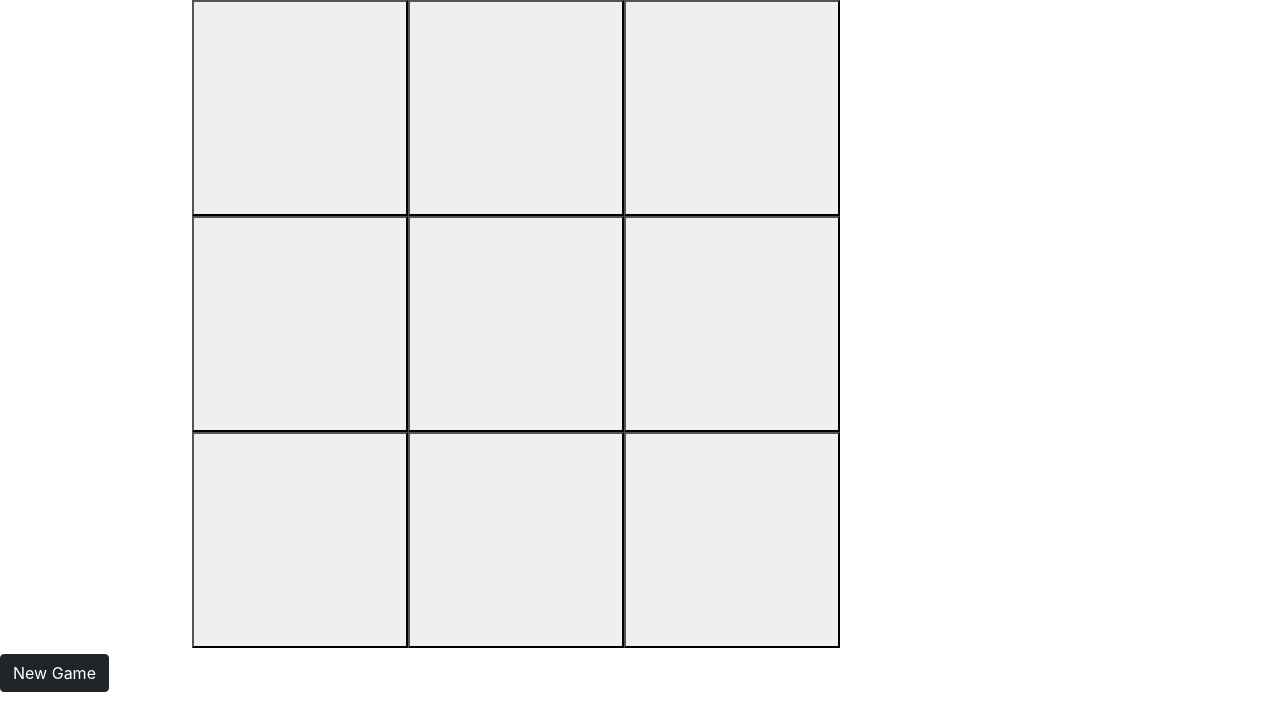
Repository: napan24/tic-tac-toe
Page: /
These files come from the project's save history. The page is drawn as it stood at one moment and after the next save; the edit follows.
The browser window is 1280 px wide. The pictures show the whole page.
The project was rebuilt for these pictures with package versions that can differ from the ones it lists, and the page was loaded fresh each time. Also part of the build but not shown: src/App.css.

Above is the page before, as saved 2022-06-15 03:44:42.

### public/index.html
<!DOCTYPE html>
<html lang="en">
  <head>
    <meta charset="utf-8" />
    <link rel="icon" href="%PUBLIC_URL%/favicon.ico" />
    <meta name="viewport" content="width=device-width, initial-scale=1" />
    <meta name="theme-color" content="#000000" />
    <meta
      name="description"
      content="Web site created using create-react-app"
    />
    <link rel="apple-touch-icon" href="%PUBLIC_URL%/logo192.png" />
    <!--
      manifest.json provides metadata used when your web app is installed on a
      user's mobile device or desktop. See https://developers.google.com/web/fundamentals/web-app-manifest/
    -->
    <link rel="manifest" href="%PUBLIC_URL%/manifest.json" />
    <!--
      Notice the use of %PUBLIC_URL% in the tags above.
      It will be replaced with the URL of the `public` folder during the build.
      Only files inside the `public` folder can be referenced from the HTML.

      Unlike "/favicon.ico" or "favicon.ico", "%PUBLIC_URL%/favicon.ico" will
      work correctly both with client-side routing and a non-root public URL.
      Learn how to configure a non-root public URL by running `npm run build`.
    -->
    <link href="https://cdn.jsdelivr.net/npm/bootstrap@5.1.3/dist/css/bootstrap.min.css" rel="stylesheet" integrity="sha384-1BmE4kWBq78iYhFldvKuhfTAU6auU8tT94WrHftjDbrCEXSU1oBoqyl2QvZ6jIW3" crossorigin="anonymous">
    <script src="https://cdn.jsdelivr.net/npm/bootstrap@5.1.3/dist/js/bootstrap.bundle.min.js" integrity="sha384-ka7Sk0Gln4gmtz2MlQnikT1wXgYsOg+OMhuP+IlRH9sENBO0LRn5q+8nbTov4+1p" crossorigin="anonymous"></script>
    <title>React App</title>
  </head>
  <body>
    <noscript>You need to enable JavaScript to run this app.</noscript>
    <div id="root"></div>
    <!--
      This HTML file is a template.
      If you open it directly in the browser, you will see an empty page.

      You can add webfonts, meta tags, or analytics to this file.
      The build step will place the bundled scripts into the <body> tag.

      To begin the development, run `npm start` or `yarn start`.
      To create a production bundle, use `npm run build` or `yarn build`.
    -->
  </body>
</html>

### src/App.js
import {useEffect} from 'react';
import logo from './logo.svg';
import './App.css';
import { FontAwesomeIcon } from '@fortawesome/react-fontawesome';
import { faXmark } from '@fortawesome/free-solid-svg-icons';
import { faCircle } from '@fortawesome/free-regular-svg-icons';
import './tik.css';
import { useState } from 'react';
import cross from './cross.jpeg';
import circle from './circle.png';
/* <FontAwesomeIcon icon={faXmark} size="5x" /> */
/* <FontAwesomeIcon icon={faCircle} size="5x"/> */

// const cl=event.currentTarget.id;
// const el = document.getElementById(cl);
// el.append(a);
function App() {
  const [board,setBoard]=useState([[" "," "," "],[" "," "," "],[" "," "," "]]);
  const [curr,setCurr]=useState(false);
  const [row,setRow]=useState(0);
  const [col,setCol]=useState(0);
  const [win,setWin]=useState(false);
  const [winner,setWinner]=useState("");
  function update(r,c){
    setBoard((prevstate)=>{
      let newBoard=[...prevstate];
      newBoard[r][c]=curr?"/":"+";
      return newBoard;
    });
    setRow(r);
    setCol(c);
  }
  useEffect(() => {
    func();
  }, [row,col]);
  useEffect(() => {
    if(win==true){
      document.getElementById("win").style.display="inline";
    }
  }, [win]);

  function func(){
    if(board[row][col]===" "){
      return;
    }
    let count=0;
    let i=row;
    while(i<3){
      if(board[i][col]==board[row][col]){
        count++;
      }
      i++;
    }
    if(count==3){
      setWinner(board[row][col]);
      setWin(true);
      return;
    }
    count--;
    i=row;
    while(i>=0){
      if(board[i][col]==board[row][col]){
        count++;
      }
      i--;
    }
    if(count==3){
      setWinner(board[row][col]);
      setWin(true);
      return;
    }
    let j=col;
    count=0;
    while(j<3){
      if(board[row][j]==board[row][col]){
        count++;
      }
      j++;
    }
    if(count==3){
      setWinner(board[row][col]);
      setWin(true);
      return;
    }
    count--;
    j=col;
    while(j>=0){
      if(board[row][j]==board[row][col]){
        count++;
      }
      j--;
    }
    if(count==3){
      setWinner(board[row][col]);
      setWin(true);
      return;
    }
    count=0;
    i=row;
    j=col;
    while(i>=0&&j>=0){
      if(board[i][j]==board[row][col]){
        count++;
      }
      i--;
      j--;
    }
    if(count==3){
      setWinner(board[row][col]);
      setWin(true);
      return;
    }
    count--;
    i=row;
    j=col;
    while(i<3&&j<3){
      if(board[i][j]==board[row][col]){
        count++;
      }
      i++;
      j++;
    }
    if(count==3){
      setWinner(board[row][col]);
      setWin(true);
      return;
    }
    count=0;
    i=row;
    j=col;
    while(i>=0&&j<3){
      if(board[i][j]==board[row][col]){
        count++;
      }
      i--;
      j++;
    }
    if(count==3){
      setWinner(board[row][col]);
      setWin(true);
      return;
    }
    count--;
    i=row;
    j=col;
    while(i<3&&j>=0){
      if(board[i][j]==board[row][col]){
        count++;
      }
      i++;
      j--;
    }
    if(count==3){
      setWinner(board[row][col]);
      setWin(true);
      return;
    }
  }
  function Clear(){
    setWin(false);
    setWinner("");
    setBoard([[" "," "," "],[" "," "," "],[" "," "," "]]);
    document.getElementById("r3column1").style.background="none";
    document.getElementById("r3column2").style.background="none";
    document.getElementById("r3column3").style.background="none";
    document.getElementById("r2column1").style.background="none";
    document.getElementById("r2column2").style.background="none";
    document.getElementById("r2column3").style.background="none";
    document.getElementById("r1column1").style.background="none";
    document.getElementById("r1column2").style.background="none";
    document.getElementById("r1column3").style.background="none";
    document.getElementById("win").style.display="none";
  }
  const handleClick = event => {
    if(win==true){
      return;
    }
    const cl=event.currentTarget.id;
    document.getElementById(cl).style.background =curr?"url("+cross+")":"url("+circle+")";
    document.getElementById(cl).style.backgroundSize="cover";
    document.getElementById(cl).style.backgroundRepeat="no-repeat";
    let a;
    if(cl=="r1column1"){
      update(0,0);
    }
    if(cl=="r1column2"){
      update(0,1);
    }
    if(cl=="r1column3"){
      update(0,2);
    }
    if(cl=="r2column1"){
      update(1,0);
    }
    if(cl=="r2column2"){
      update(1,1);
    }
    if(cl=="r2column3"){
      update(1,2);
    }
    if(cl=="r3column1"){
      update(2,0);
    }
    if(cl=="r3column2"){
      update(2,1);
    }
    if(cl=="r3column3"){
      update(2,2);
    }
    setCurr(!curr);
  };
  const box={
    height:"30vmin",
    width:"30vmin"
  }
  return (
    <>
    <div id="mainblock">
      <div id="win" class="alert alert-success" style={{display:"none",position:"absolute",left:"50%"}} role="alert">
      {curr?<FontAwesomeIcon icon={faCircle} size="3x"/>:<FontAwesomeIcon icon={faXmark} size="2x" />}
      <span style={{fontSize:"24px"}}> &nbsp; is the winner</span>
      </div>
      <div id="row1" style={{ display: "flex", justifyContent: "center", alignContent: "center" }}>
        <button id="r1column1" onClick={handleClick} style={box}></button>
        <button id="r1column2" onClick={handleClick} style={box}></button>
        <button id="r1column3" onClick={handleClick} style={box}></button>
      </div>
      <div id="row2" style={{zIndex:"2", display: "flex", justifyContent: "center", alignContent: "center" }}>
        <button id="r2column1" onClick={handleClick} style={box}></button>
        <button id="r2column2" onClick={handleClick} style={box}></button>
        <button id="r2column3" onClick={handleClick} style={box}></button>
      </div>
      <div id="row" style={{ display: "flex", justifyContent: "center", alignContent: "center" }}>
        <button id="r3column1" onClick={handleClick} style={box}></button>
        <button id="r3column2" onClick={handleClick} style={box}></button>
        <button id="r3column3" onClick={handleClick} style={box}></button>
      </div>
    </div>
    <div>
    <button onClick={Clear} type="button" class="btn btn-dark">New Game</button>
    </div>
  </>
  );
}

export default App;

### src/tik.css
@media (max-width:500px) {
    #mainblock{
        position:relative;
        left:2vw;
        display: inline-block;
    }
}
@media (max-width:2560px) and (min-width:1601px){
    #mainblock{
        position: relative;
        left:30vw;
        display: inline-block;
    }
}
@media (max-width:1600px) and (min-width:1301px){
    #mainblock{
        position: relative;
        left:25vw;
        display: inline-block;
    }
}
@media (max-width:1300px) and (min-width:1175px){
    #mainblock{
        position: relative;
        left:15vw;
        display: inline-block;
    }
}
@media (max-width:1174px) and (min-width:901px){
    #mainblock{
        position: relative;
        left:8vw;
        display: inline-block;
    }
}
@media (max-width:900px) and (min-width:501px){
    #mainblock{
        position: relative;
        left:5vw;
        display: inline-block;
    }
}

Loaded but not shown: src/index.js (common file); src/index.css (common file); src/reportWebVitals.js (common file)

After the next save:
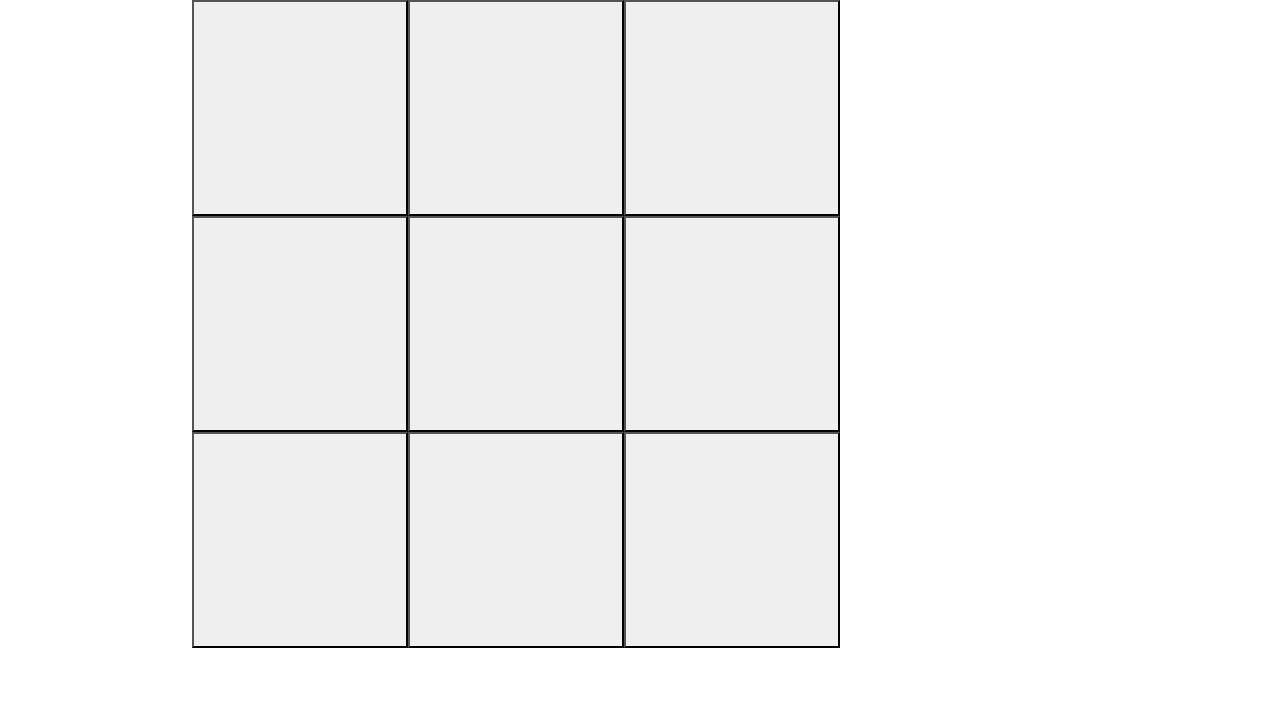
Saved 9 h 3 min later.
--- a/src/App.js
+++ b/src/App.js
@@ -237,7 +237,6 @@
       </div>
     </div>
     <div>
-    <button onClick={Clear} type="button" class="btn btn-dark">New Game</button>
     </div>
   </>
   );

After the save that followed:
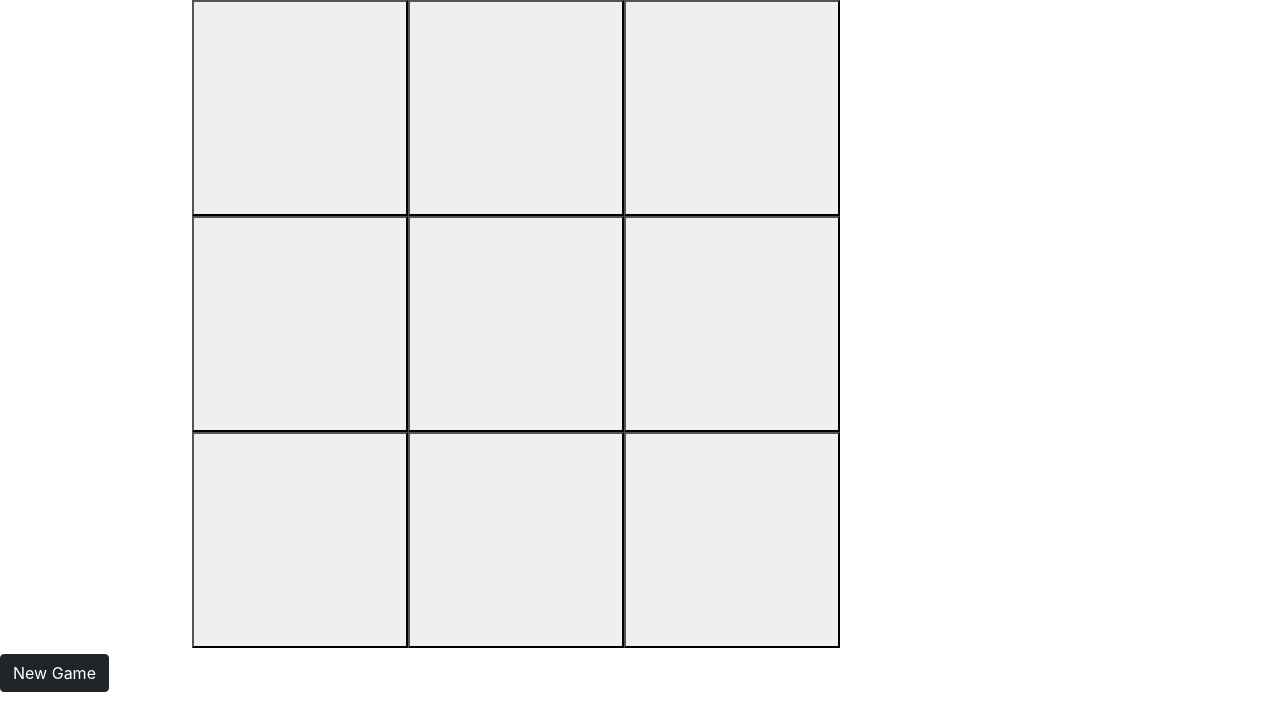
Saved 8 s later.
--- a/src/App.js
+++ b/src/App.js
@@ -237,6 +237,7 @@
       </div>
     </div>
     <div>
+    <button onClick={Clear} type="button" class="btn btn-dark">New Game</button>
     </div>
   </>
   );
